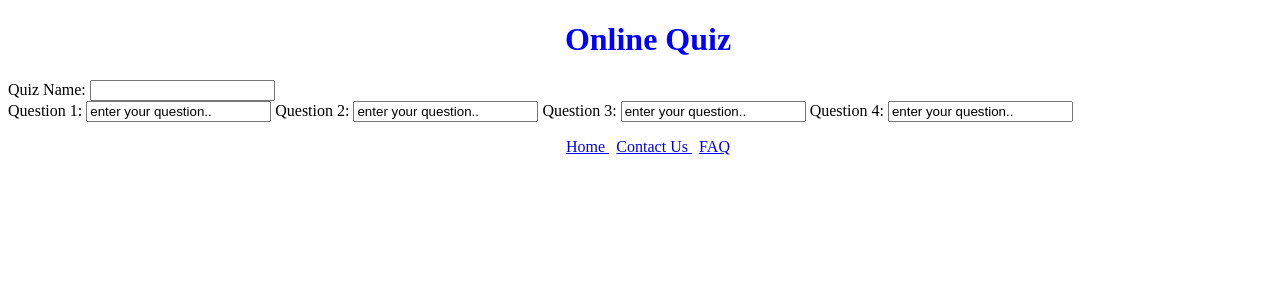
Repository: KaushikVeluruWorld/KaushikJava
Page: http://localhost/OnlineQuiz/newquiz.jsp
The author's editor kept a copy of each file at every save. The page is drawn from the files as they stood at one save, then again after the next save.
The browser window is 1280 px wide. The page is 1288 px wide, so the pictures cover 1288 px, including what lies to the right of the window. The pictures show the whole page.
The page is served by Tomcat 9.

Above is the page before, as saved 2014-12-24 07:49:59.

After the next save:
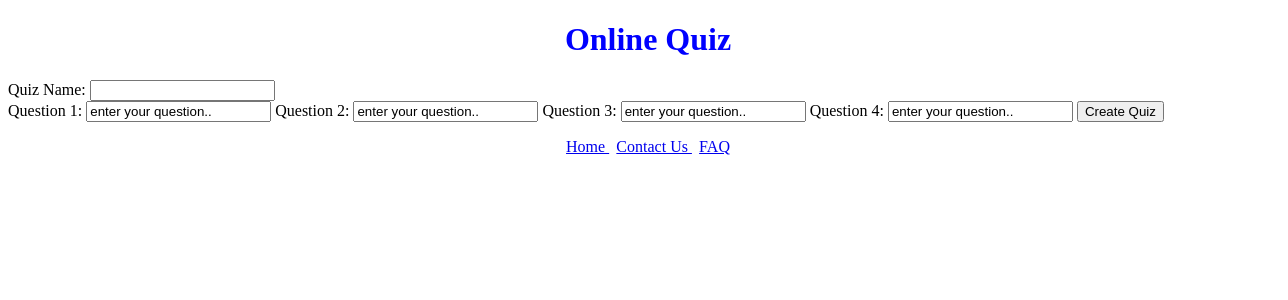
Saved 52 s later.
--- a/Online Quiz Tool/OnlineQuiz/WebContent/newquiz.jsp
+++ b/Online Quiz Tool/OnlineQuiz/WebContent/newquiz.jsp
@@ -9,12 +9,15 @@
 <body>
 
 <jsp:include page="header.jsp"></jsp:include>
-<form>
+<form action="" method="GET">
 Quiz Name: <input name="quizname" type="text"></input></br>
 Question 1: <input type="text" name="qn1" value="enter your question.."/>
 Question 2: <input type="text" name="qn2" value="enter your question.."/>
 Question 3: <input type="text" name="qn3" value="enter your question.."/>
 Question 4: <input type="text" name="qn4" value="enter your question.."/>
+
+
+<input type="submit" value="Create Quiz">
 </form>
 
 <jsp:include page="footer.jsp"></jsp:include>
